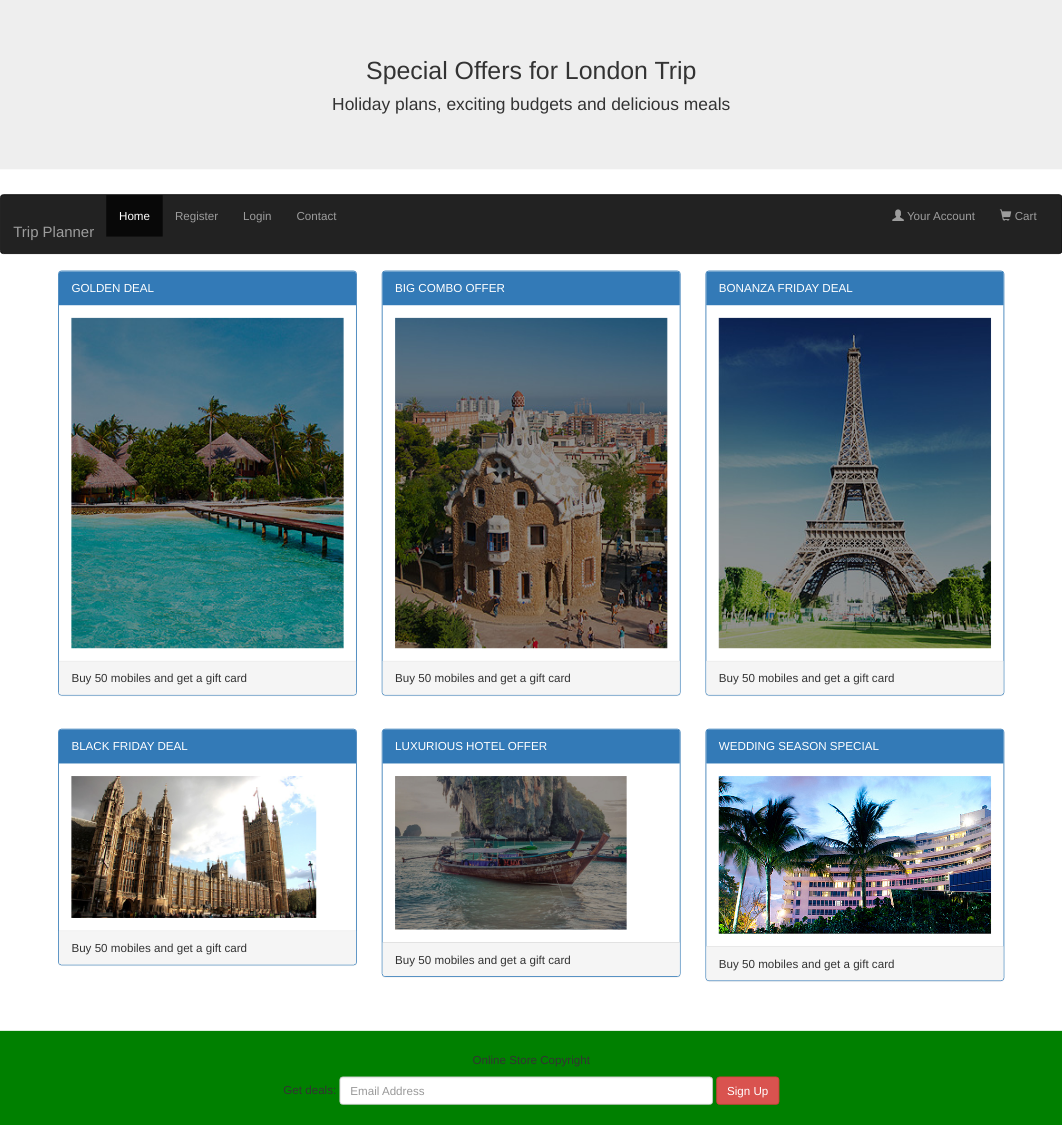
Repository: NanSin21/Mytourism-Website
Page: http://localhost/toursandtravelsmanagement/london.jsp
The author's editor kept a copy of each file at every save. The page is drawn from the files as they stood at one save, then again after the next save.
The browser window is 1280 px wide. The pictures show the whole page, at 83% of full size.
The page is served by Tomcat 9. Other server files are loaded and not shown.

Above is the page before, as saved 2018-07-21 18:13:06.

### toursandtravelsmanagement/WebContent/london.jsp
<%@ page language="java" contentType="text/html; charset=ISO-8859-1"
    pageEncoding="ISO-8859-1"%>
<!DOCTYPE html PUBLIC "-//W3C//DTD HTML 4.01 Transitional//EN" "http://www.w3.org/TR/html4/loose.dtd">
<html>
<head>
<meta http-equiv="Content-Type" content="text/html; charset=ISO-8859-1">
<title>London Trip Package</title>
<!-- <meta charset="utf-8"> -->
  <meta name="viewport" content="width=device-width, initial-scale=1">
  <link rel="stylesheet" href="https://maxcdn.bootstrapcdn.com/bootstrap/3.3.7/css/bootstrap.min.css">
  <script src="https://ajax.googleapis.com/ajax/libs/jquery/3.3.1/jquery.min.js"></script>
  <script src="https://maxcdn.bootstrapcdn.com/bootstrap/3.3.7/js/bootstrap.min.js"></script>
  <style>
  .navbar{
  margin-nottom= 50px;
  border-radius= 0;
  }
  .jumbotron{
   margin-bottom= 0;
   }
   footer{
   background: green;
   padding: 25px;
   }
   </style>
</head>
<body>

<div class="jumbotron">
  <div class="container text-center">
   <h2>Special Offers for London Trip</h2>
     <p>Holiday plans, exciting budgets and delicious meals</p>
  </div>
</div>

<nav class="navbar navbar-inverse">
  <div class="container-fluid">
      <div class="navbar-header">
        <button type="button" class="navbar-toggle" data-toggle="collapse" data-target="#myNavbar">
        <span class="icon-bar"></span>
        <span class="icon-bar"></span>
        <span class="icon-bar"></span>
        </button>
        <h1><a class="navbar-brand" href="index.jsp">Trip Planner</a></h1>
      </div>
      <div class="collapse navbar-collapse" id="myNavbar">
      <ul class="nav navbar-nav">
        <li class="active"><a href="TripPlaces/london.jsp">Home</a></li>
        <li><a href="registration.jsp">Register</a></li>
        <li><a href="login.jsp">Login</a></li>
        <li><a href="contact.jsp">Contact</a></li>
      </ul>
      <ul class="nav navbar-nav navbar-right">
        <li><a href="#"><span class="glyphicon glyphicon-user"></span> Your Account</a></li>
        <li><a href="#"><span class="glyphicon glyphicon-shopping-cart"></span> Cart</a></li>
      </ul>
    </div>
  </div>
</nav>


   <div class="container">
  <div class="row">
    <div class="col-sm-4">
      <div class="panel panel-primary">
        <div class="panel-heading">GOLDEN DEAL</div>
        <div class="panel-body"><img src="images/ban_img2.jpg" class="img-responsive" style="width:100%" alt="Image"></div>
        <div class="panel-footer">Buy 50 mobiles and get a gift card</div>
      </div>
    </div>
    <div class="col-sm-4">
      <div class="panel panel-primary">
        <div class="panel-heading">BIG COMBO OFFER</div>
        <div class="panel-body"><img src="images/ban_img1.jpg" class="img-responsive" style="width:100%" alt="Image"></div>
        <div class="panel-footer">Buy 50 mobiles and get a gift card</div>
      </div>
    </div>
    <div class="col-sm-4">
      <div class="panel panel-primary">
        <div class="panel-heading">BONANZA FRIDAY DEAL</div>
        <div class="panel-body"><img src="images/ban_img3.jpg" class="img-responsive" style="width:100%" alt="Image"></div>
        <div class="panel-footer">Buy 50 mobiles and get a gift card</div>
      </div>
    </div>
  </div>
</div><br>

<div class="container">
  <div class="row">
    <div class="col-sm-4">
      <div class="panel panel-primary">
        <div class="panel-heading">BLACK FRIDAY DEAL</div>
        <div class="panel-body"><img src="images/londonhelp.jpg" class="img-responsive" style="width:90%" alt="Image"></div>
        <div class="panel-footer">Buy 50 mobiles and get a gift card</div>
      </div>
    </div>
    <div class="col-sm-4">
      <div class="panel panel-primary">
        <div class="panel-heading">LUXURIOUS HOTEL OFFER</div>
        <div class="panel-body"><img src="images/2.jpg" class="img-responsive" style="width:85%" alt="Image"></div>
        <div class="panel-footer">Buy 50 mobiles and get a gift card</div>
      </div>
    </div>
    <div class="col-sm-4">
      <div class="panel panel-primary">
        <div class="panel-heading">WEDDING SEASON SPECIAL</div>
        <div class="panel-body"><img src="images/page4_img2.jpg" class="img-responsive" style="width:100%" alt="Image"></div>
        <div class="panel-footer">Buy 50 mobiles and get a gift card</div>
      </div>
    </div>
  </div>
</div><br><br>

<footer class="container-fluid text-center">
  <p>Online Store Copyright</p>
  <form class="form-inline">Get deals:
    <input type="email" class="form-control" size="50" placeholder="Email Address">
    <button type="button" class="btn btn-danger">Sign Up</button>
  </form>
</footer>
</body>
</html>

After the next save:
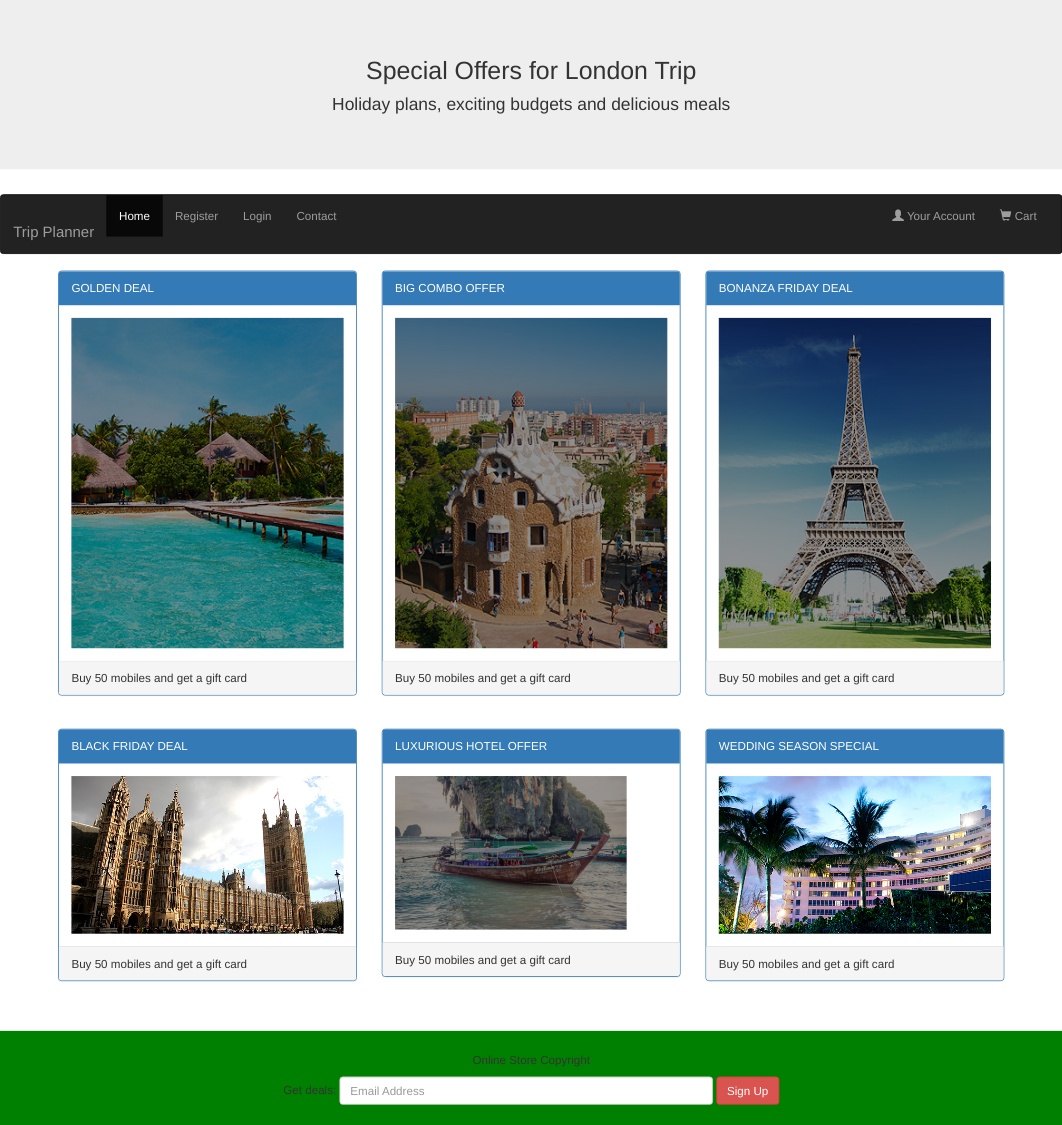
Saved 113 s later.
--- a/toursandtravelsmanagement/WebContent/london.jsp
+++ b/toursandtravelsmanagement/WebContent/london.jsp
@@ -90,7 +90,7 @@
     <div class="col-sm-4">
       <div class="panel panel-primary">
         <div class="panel-heading">BLACK FRIDAY DEAL</div>
-        <div class="panel-body"><img src="images/londonhelp.jpg" class="img-responsive" style="width:90%" alt="Image"></div>
+        <div class="panel-body"><img src="images/londonhelp.jpg" class="img-responsive" style="width:100%" alt="Image"></div>
         <div class="panel-footer">Buy 50 mobiles and get a gift card</div>
       </div>
     </div>
